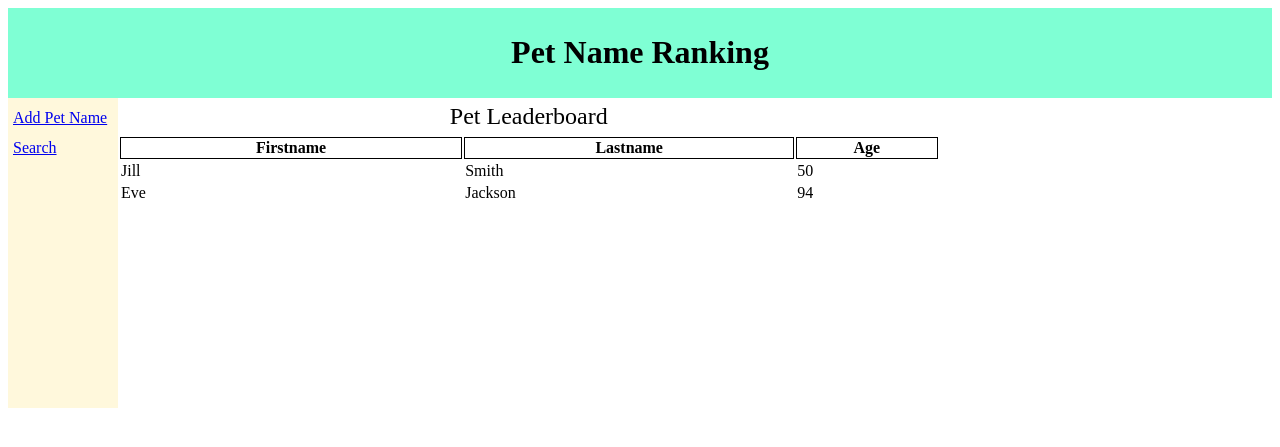
Repository: mutterbucket/TriplettTermProject4830
Page: workspaceCSCI4830-tech-excercise-Triplett/techExcerciseTriplett/WebContent/leaderboard.html
An editor plug-in stored every save of this project. The page is shown before and after the next save, followed by the edit.
The browser window is 1280 px wide. The pictures show the whole page.

Above is the page before, as saved 2020-02-21 23:16:31.

### workspaceCSCI4830-tech-excercise-Triplett/techExcerciseTriplett/WebContent/leaderboard.html
<!DOCTYPE html>
<html>
<head>
<meta charset="ISO-8859-1">
<style type="text/css">
header {
    background-color:aquamarine;
    color: black;
    text-align: center;
    padding: 5px;
}
nav {
    line-height:30px;
    background-color:cornsilk;
    height:300px;
    width:100px;
    float:left;
    padding:5px;
}
section {
    width:350px;
    float:left;
    padding:10px;
}
footer {
    background-color:19FFBD;
    color:black;
    clear:both;
    text-align:center;
    padding:5px;
}
th {
  border: 1px solid black;
}
caption {
  padding: 5px;
  font-size: 24px;
}
table#t01 tr:nth-child(even) {
  background-color: #grey;
}
table#t01 tr:nth-child(odd) {
  background-color: #silver;
}
table#t01 th {
  color: white;
  background-color: black;
}
</style>
</head>
<body>
<header>
<h1>Pet Name Ranking</h1>
</header>

<nav>
<a href="/techExcerciseTriplett/add_name.html">Add Pet Name</a> <br>
<a href="/techExcerciseTriplett/home_search.html">Search</a> <br>
</nav>

<table style="width:65%">
  <caption>Pet Leaderboard</caption>
  <tr>
    <th>Firstname</th>
    <th>Lastname</th>
    <th>Age</th>
  </tr>
  <tr>
    <td>Jill</td>
    <td>Smith</td>
    <td>50</td>
  </tr>
  <tr>
    <td>Eve</td>
    <td>Jackson</td>
    <td>94</td>
  </tr>
</table>

</body>
</html>

After the next save:
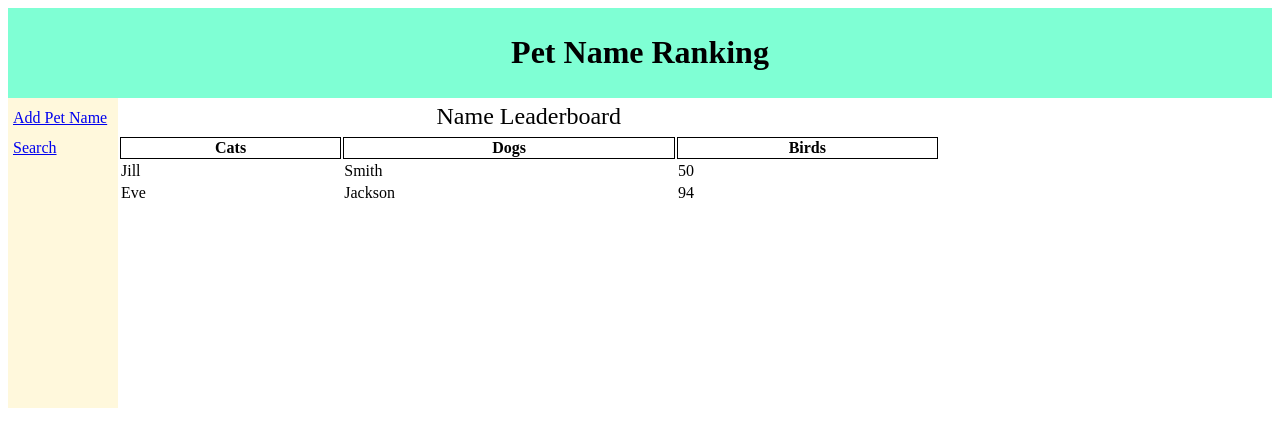
Saved 51 s later.
--- a/workspaceCSCI4830-tech-excercise-Triplett/techExcerciseTriplett/WebContent/leaderboard.html
+++ b/workspaceCSCI4830-tech-excercise-Triplett/techExcerciseTriplett/WebContent/leaderboard.html
@@ -59,11 +59,11 @@ table#t01 th {
 </nav>
 
 <table style="width:65%">
-  <caption>Pet Leaderboard</caption>
+  <caption>Name Leaderboard</caption>
   <tr>
-    <th>Firstname</th>
-    <th>Lastname</th>
-    <th>Age</th>
+    <th>Cats</th>
+    <th>Dogs</th>
+    <th>Birds</th>
   </tr>
   <tr>
     <td>Jill</td>
